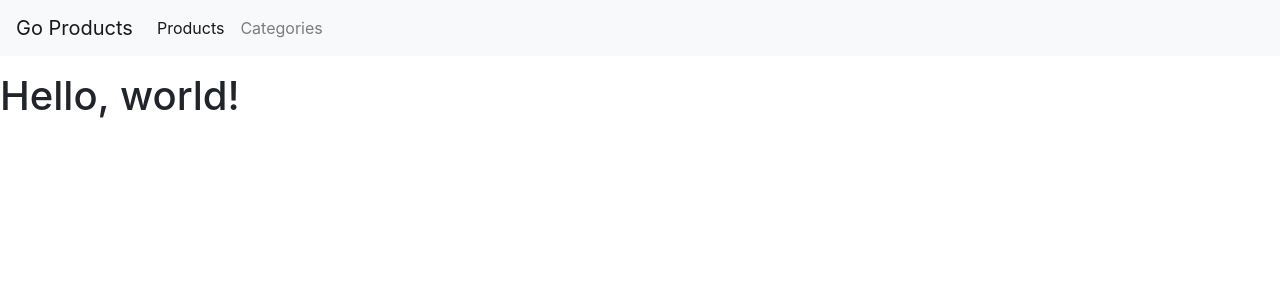
Repository: Nouthemoran/go-web-native-crud
Page: views/home/index.html
The author's editor kept a copy of each file at every save. The page is drawn from the files as they stood at one save, then again after the next save.
The browser window is 1280 px wide. The pictures show the whole page.

Above is the page before, as saved 2023-10-04 15:07:41.

After the next save:
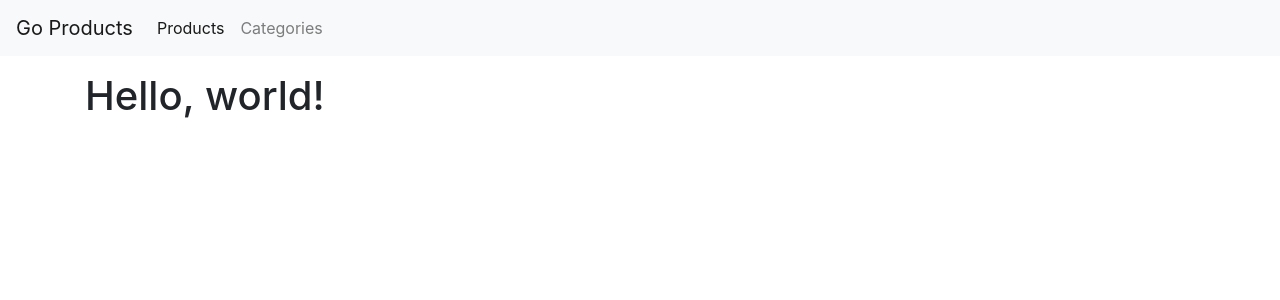
Saved 9 s later.
--- a/views/home/index.html
+++ b/views/home/index.html
@@ -31,9 +31,9 @@
     <!-- End of Navbar -->
 
     <div class="container mt-3">
+        <h1>Hello, world!</h1>
 
     </div>
-    <h1>Hello, world!</h1>
 
     <!-- Optional JavaScript -->
     <!-- jQuery first, then Popper.js, then Bootstrap JS -->
